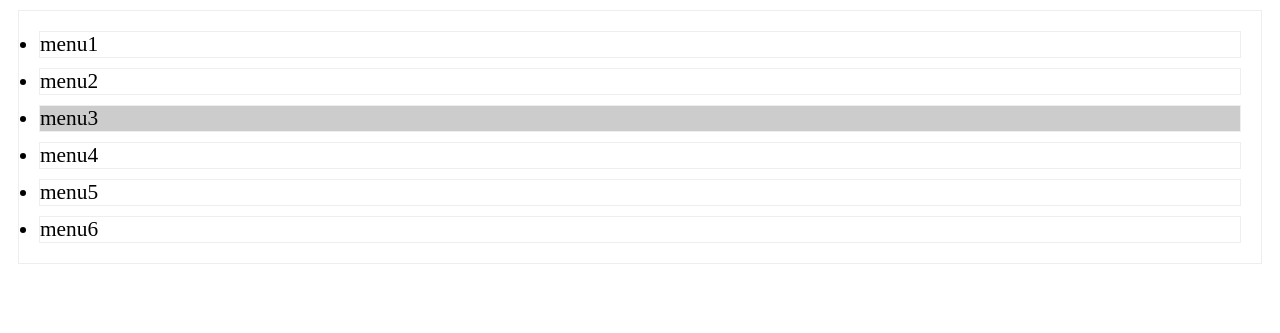
Repository: swc0516s/EZEN-JS
Page: JavaScript Workspace Lecture/JavaScript_jQuery_03/WebContent/Chapter03/3_11.html
An editor plug-in stored every save of this project. The page is shown before and after the next save, followed by the edit.
The browser window is 1280 px wide. The pictures show the whole page.

Above is the page before, as saved 2022-03-18 02:34:44.
Console error: TypeError: last.last.prevAll is not a function

After the next save:
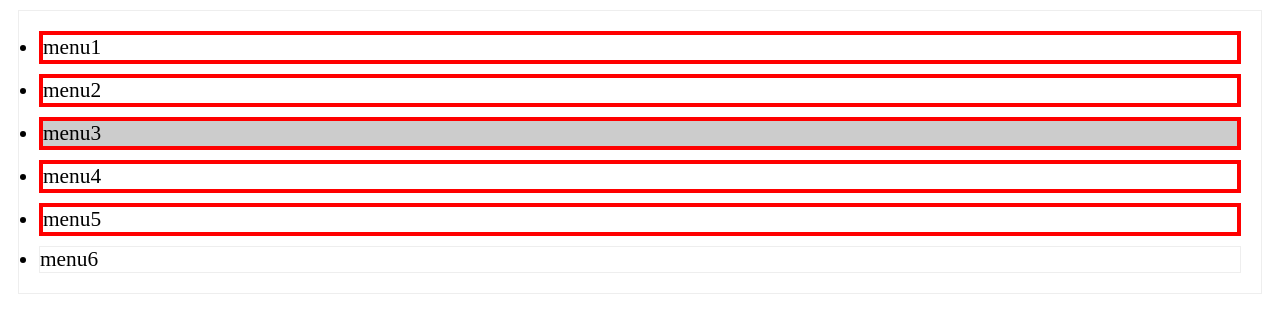
The error is gone.
Saved 9 s later.
--- a/JavaScript Workspace Lecture/JavaScript_jQuery_03/WebContent/Chapter03/3_11.html
+++ b/JavaScript Workspace Lecture/JavaScript_jQuery_03/WebContent/Chapter03/3_11.html
@@ -27,7 +27,7 @@ li.select {
 	// 마지막 노드 (menu6)의 모든 형제 노드를 찾아 border속성을("4px solid #f00")으로 변경
 	$(document).ready(function() {
 		var last = $("ul.menu").children().last();
-		last.last.prevAll().css("border", "4px solid #f00");
+		last.prevAll().css("border", "4px solid #f00");
 	});
 </script>
 </head>
